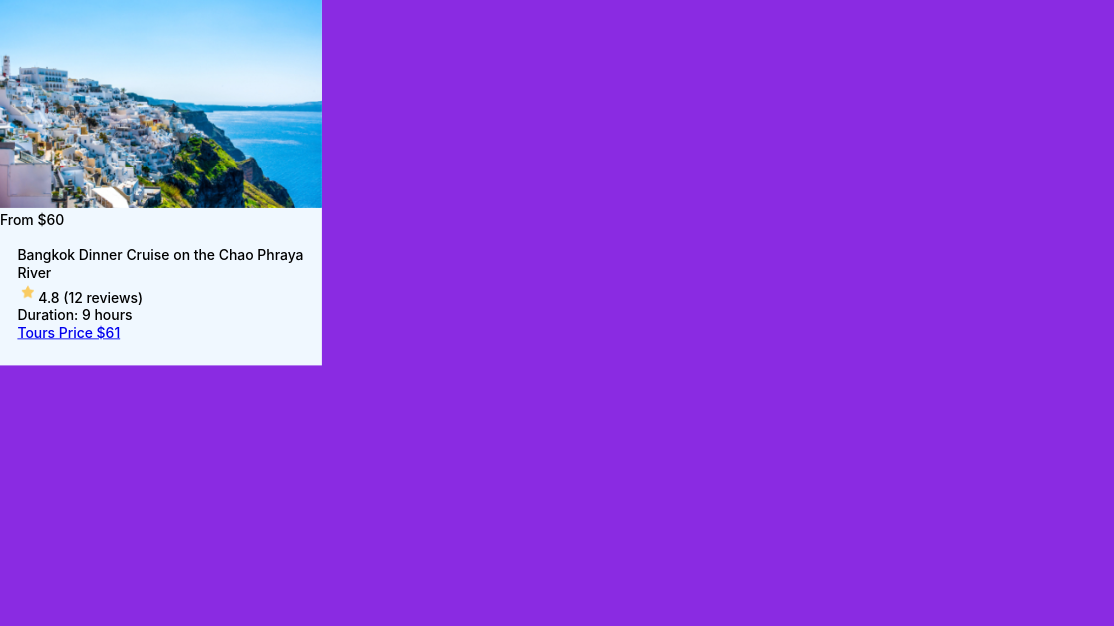
Repository: nguyentuankiet-k61/K_IT-demo
Page: index.html
These files come from the project's save history. The page is drawn as it stood at one moment and after the next save; the edit follows.
The browser window is 1280 px wide. The pictures show the whole page, at 87% of full size.
Some web fonts or font styles are not loaded; a fallback is used.

Above is the page before, as saved 2022-09-25 12:32:23.

After the next save:
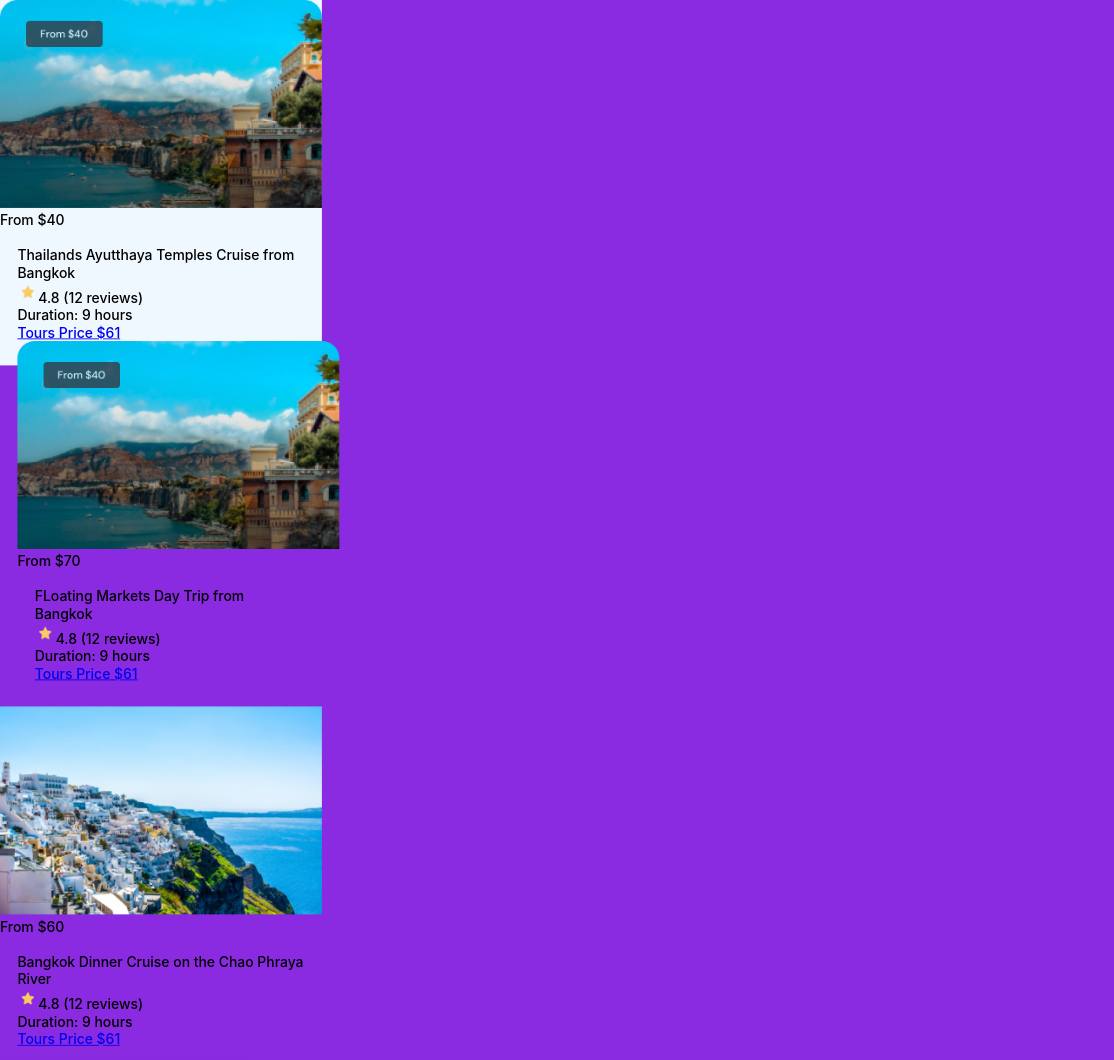
Saved 30 min 1 s later.
--- a/index.html
+++ b/index.html
@@ -13,7 +13,7 @@
 <body>
  <div class="">
     <div class="Tours">
-        <!-- <div class="Tours_top">
+        <div class="Tours_top">
             <img src="./image/img1.png" alt="this_is_image"/>From $40
         </div>
         <div class="Tours_content">
@@ -52,7 +52,7 @@
             rel="noopener noreferrer"
             class="Tours_botton">Tours Price $61</a></br>
         </div>
-        </div> -->
+        </div>
         <div class="Tours_top">
             <img src="./image/img3.png" alt="this_is_image"/>From $60
              <div class="Tours_content">
